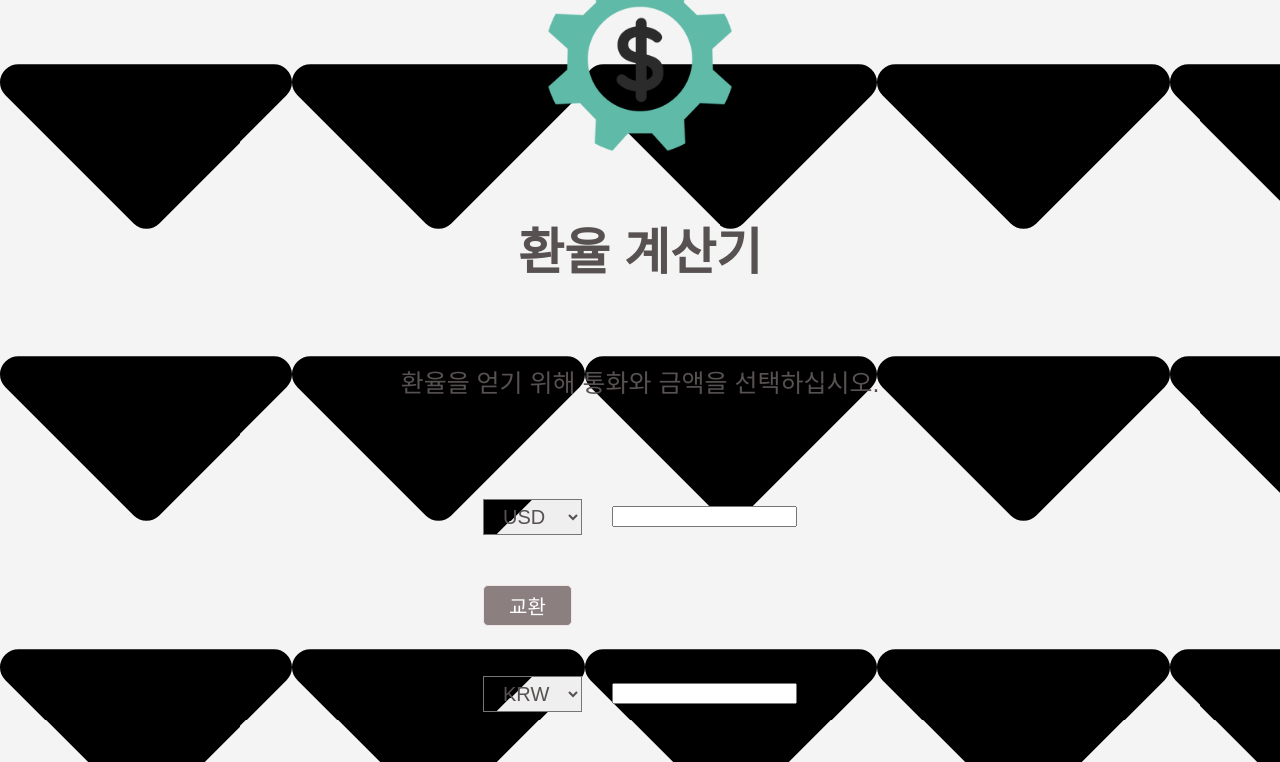
Repository: AbrorjonKuchkarov/exchange-rate
Page: index.html
The author's editor kept a copy of each file at every save. The page is drawn from the files as they stood at one save, then again after the next save.
The browser window is 1280 px wide. The pictures show the whole page.

Above is the page before, as saved 2022-02-24 01:39:12.

After the next save:
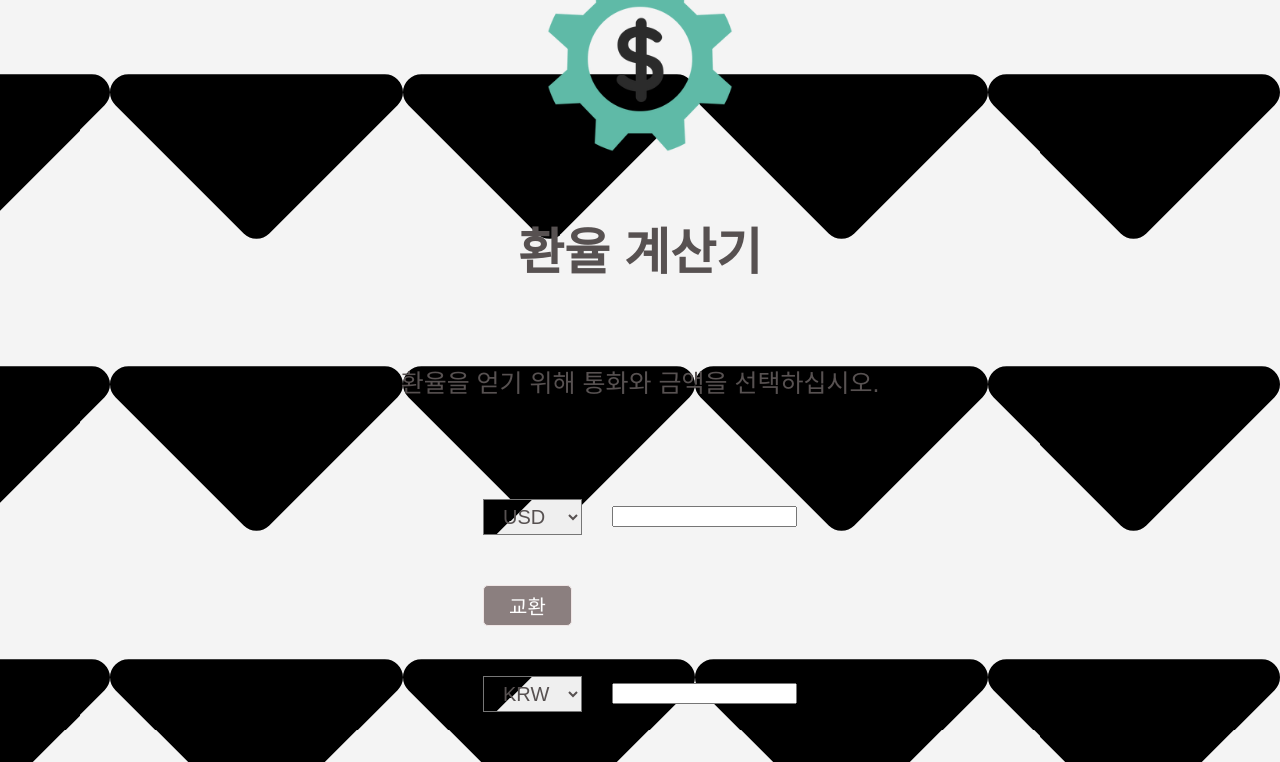
Saved 14 s later.
--- a/style.css
+++ b/style.css
@@ -13,6 +13,7 @@ body {
    background-color: #f4f4f4;
    padding: 10px;
    background-image: url('data:[embedded picture, 475 characters]');
+   background-position: right 10px;
 }
 
 img {
